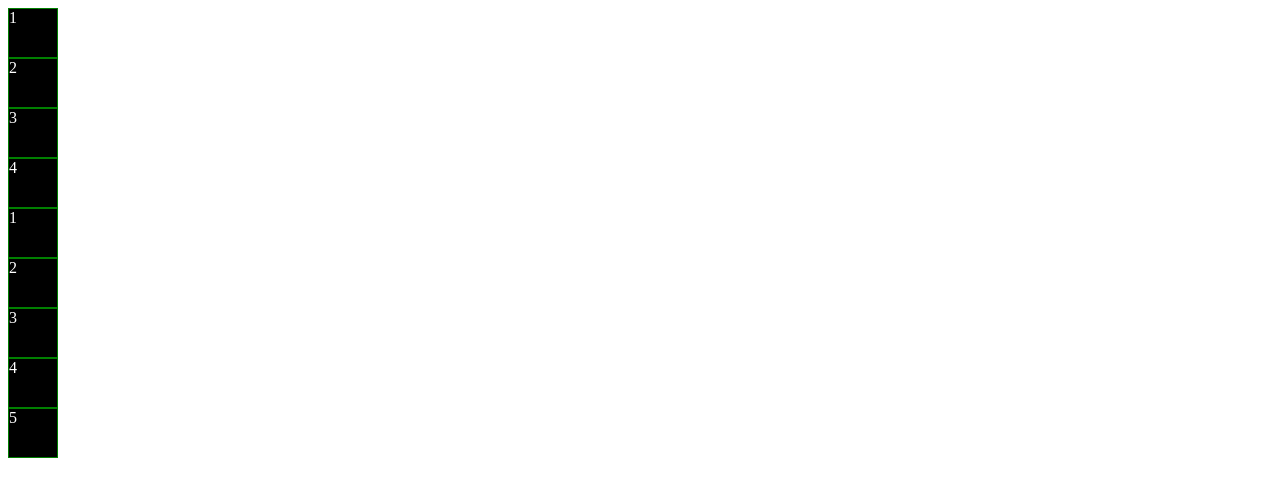
Repository: motiejus1/14-paskaita-JS
Page: index.html
An editor plug-in stored every save of this project. The page is shown before and after the next save, followed by the edit.
The browser window is 1280 px wide. The pictures show the whole page.

Above is the page before, as saved 2021-06-29 11:52:57.

### index.html
<!DOCTYPE html>
<html lang="en">
<head>
    <meta charset="UTF-8">
    <meta http-equiv="X-UA-Compatible" content="IE=edge">
    <meta name="viewport" content="width=device-width, initial-scale=1.0">
    <title>14 paskaita</title>

    <style>

        * {
            box-sizing: border-box;
        }

        .butas {
            width: 50px;
            height: 50px;
            background-color: black;
            border: 1px solid green;
            color: white;
        }
    </style>
</head>
<body>

    <div class="container">
        <div class="laiptine">
            <div class="butas">1</div>
            <div class="butas">2</div>
            <div class="butas">3</div>
            <div class="butas">4</div>
        </div>
        <div class="laiptine">
            <div class="butas">1</div>
            <div class="butas">2</div>
            <div class="butas">3</div>
            <div class="butas">4</div>
            <div class="butas">5</div>
        </div>
    </div>

   <script src="script.js"></script>
</body>
</html>

### script.js
"use strict";

// Klasės kintamieji:
// miestas - tekstas,
// pastatymo data - datos formatas,
// adresas - tekstas,
// laiptinių skaičius - masyvas, turintis tiek elementų, kiek yra laiptinių. Pvz: [1,2,3,4]
// butų skaičius - masyvas, turintis tiek elementų, kiek butų yra laiptinėje.Pvz: [20, 22, 19, 13]
// bendras butų skaičius - suskaičiuojamas automatiškai. Apskaičiavimui susikurti statinį metodą.



//minimali reiksme ieina i intervala, maksimali neieina
function randomFunction(min, max) {
    return Math.floor((Math.random() * (max - min)) + min);
}

//minimali reiksme ieina i intervala, maksimali ieina
function randomFunctionWithMax(min, max) {

    return Math.floor((Math.random() * (max - min + 1)) + min);
}

let laiptines = ["laiptine1", "laiptine2", "laiptine3",'laiptine4', 'laiptine5'] //laiptiniu skaicius masyvo lenght - 3

let laiptiniuSk = laiptines.length;

let atsitiktinisSk = randomFunctionWithMax(1, 100); // Skaiciu nuo 1 iki 100

console.log(atsitiktinisSk);

// let butai = [20, 22, 19, 13];
let butai = [];
for (let i = 0; i< laiptiniuSk; i++) {
    butai.push(randomFunctionWithMax(1, 100));
}

let bendrasButuSkaicius = 0;

for (let i = 0; i < butai.length; i++) {
    bendrasButuSkaicius += butai[i];
}

console.log(butai);
console.log(bendrasButuSkaicius);

//gauname laiptiniu skaiciu +
//pagal laiptiniu skaiciu susikuriame butu masyva
//butu masyvas turi tiek elementu kiek yra laiptiniu
// kiekvienas buto masyvo elementas yra atsitiktinis skaicius

After the next save:
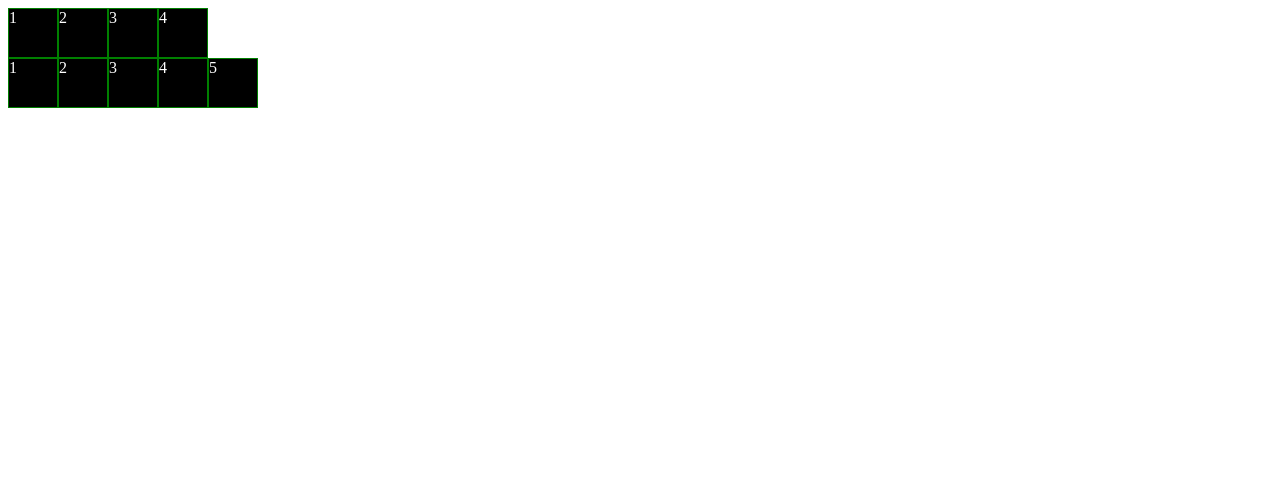
Saved 27 s later.
--- a/index.html
+++ b/index.html
@@ -18,6 +18,11 @@
             background-color: black;
             border: 1px solid green;
             color: white;
+        }
+
+        .laiptine {
+            display: flex;
+
         }
     </style>
 </head>
